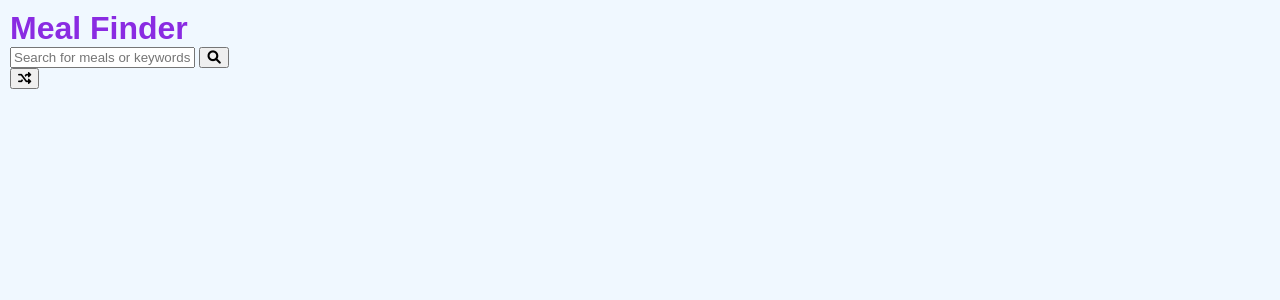
Repository: AbrorjonKuchkarov/search-meal
Page: index.html
These files come from the project's save history. The page is drawn as it stood at one moment and after a run of saves; the edit follows.
The browser window is 1280 px wide. The pictures show the whole page.

Above is the page before, as saved 2022-02-24 23:13:25.

After the next 3 saves:
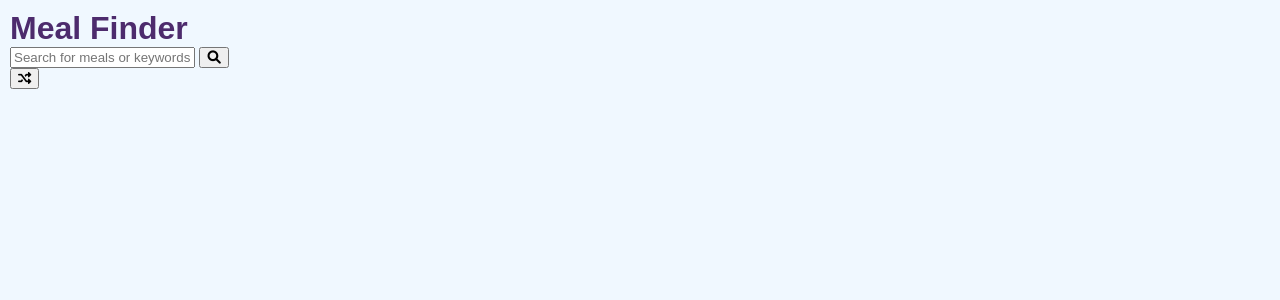
The 3 saves are shown as one change because they came seconds apart.
The last was saved 9 s later.
--- a/style.css
+++ b/style.css
@@ -7,5 +7,5 @@ body{
    font-family: Arial, Helvetica, sans-serif;
    background-color: aliceblue;
    padding: 10px;
-   color: blueviolet;
+   color: rgb(77, 43, 109);
 }
